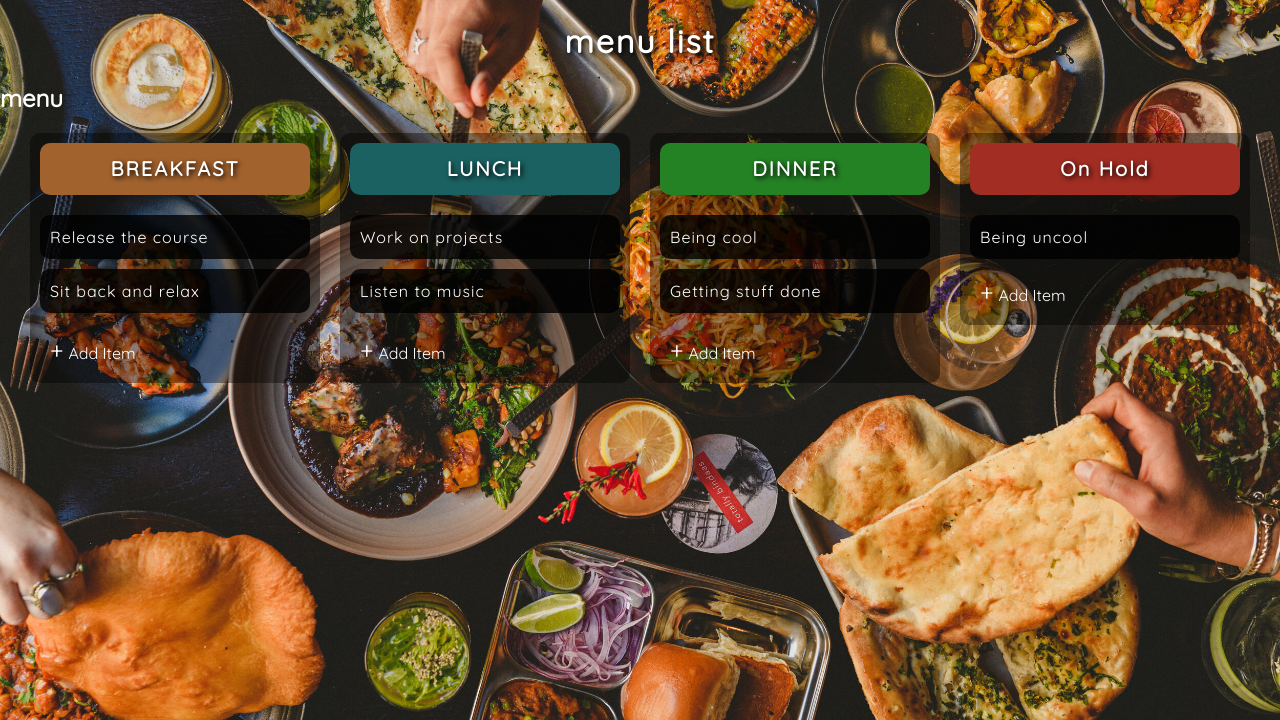
Repository: Anasooya2601/drag-and-drop
Page: index.html
An editor plug-in stored every save of this project. The page is shown before and after the next save, followed by the edit.
The browser window is 1280 px wide. The pictures show the whole page.

Above is the page before, as saved 2021-02-15 18:49:19.

### index.html
<!DOCTYPE html>
<html lang="en">
<head>
    <meta charset="UTF-8">
    <meta name="viewport" content="width=device-width, initial-scale=1.0">
    <title>mrc</title>
    <link rel="icon" type="image/png" href="favicon.png">
    <link rel="stylesheet" href="style.css">
</head>
<body>
    <h1 class="main-title">menu list</h1>
    <h2>  <link rel="icon" type="image/png" href="mrc.jpg">menu</h2>
    <div class="drag-container">
        <ul class="drag-list">
            <!-- Backlog Column -->
            <li class="drag-column backlog-column">
                <span class="header">
                    <h1>BREAKFAST</h1>
                </span>
                <!-- Backlog Content -->
                <div id="backlog-content" class="custom-scroll">
                    <ul class="drag-item-list" id="backlog-list" ondrop="drop(event)" ondragover="allowDrop(event)" ondragenter="dragEnter(0)"></ul>
                </div>
                <!-- Add Button Group -->
                <div class="add-btn-group">
                    <div class="add-btn" onclick="showInputBox(0)">
                        <span class="plus-sign">+</span>
                        <span>Add Item</span>
                    </div>
                    <div class="add-btn solid" onclick="hideInputBox(0)">
                        <span>Save Item</span>
                    </div>
                </div>
                <div class="add-container">
                    <div class="add-item" contenteditable="true"></div>
                </div>
            </li>
            <!-- Progress Column -->
            <li class="drag-column progress-column">
                <span class="header">
                    <h1>LUNCH</h1>
                </span>
                <!-- Progress Content -->
                <div id="progress-content" class="custom-scroll">
                    <ul class="drag-item-list" id="progress-list" ondrop="drop(event)" ondragover="allowDrop(event)" ondragenter="dragEnter(1)"></ul>
                </div>
                <!-- Add Button Group -->
                <div class="add-btn-group">
                    <div class="add-btn" onclick="showInputBox(1)">
                        <span class="plus-sign">+</span>
                        <span>Add Item</span>
                    </div>
                    <div class="add-btn solid" onclick="hideInputBox(1)">
                        <span>Save Item</span>
                    </div>
                </div>
                <div class="add-container">
                    <div class="add-item" contenteditable="true"></div>
                </div>
            </li>
            <!-- Complete Column -->
            <li class="drag-column complete-column">
                <span class="header">
                    <h1>DINNER</h1>
                </span>
                <!-- Complete Content -->
                <div id="complete-content" class="custom-scroll">
                    <ul class="drag-item-list" id="complete-list" ondrop="drop(event)" ondragover="allowDrop(event)" ondragenter="dragEnter(2)"></ul>
                </div>
                <!-- Add Button Group -->
                <div class="add-btn-group">
                    <div class="add-btn" onclick="showInputBox(2)">
                        <span class="plus-sign">+</span>
                        <span>Add Item</span>
                    </div>
                    <div class="add-btn solid" onclick="hideInputBox(2)">
                        <span>Save Item</span>
                    </div>
                </div>
                <div class="add-container">
                    <div class="add-item" contenteditable="true"></div>
                </div>
            </li>
            <!-- On Hold Column -->
            <li class="drag-column on-hold-column">
                <span class="header">
                    <h1>On Hold</h1>
                </span>
                <!-- On Hold Content -->
                <div id="on-hold-content" class="custom-scroll">
                    <ul class="drag-item-list" id="on-hold-list" ondrop="drop(event)" ondragover="allowDrop(event)" ondragenter="dragEnter(3)"></ul>
                </div>
                <!-- Add Button Group -->
                <div class="add-btn-group">
                    <div class="add-btn" onclick="showInputBox(3)">
                        <span class="plus-sign">+</span>
                        <span>Add Item</span>
                    </div>
                    <div class="add-btn solid" onclick="hideInputBox(3)">
                        <span>Save Item</span>
                    </div>
                </div>
                <div class="add-container">
                    <div class="add-item" contenteditable="true"></div>
                </div>
            </li>
        </ul>
    </div>
    <!-- Script -->
    <script src="script.js"></script>
</body>
</html>

### style.css
/* Trees Image - Pexels: https://www.pexels.com/photo/photo-of-trees-in-forest-3801030/ */
@import url("https://fonts.googleapis.com/css?family=Quicksand&display=swap");

html {
  box-sizing: border-box;
}

:root {
  --column-1: #a2622d;
  --column-2: #1b6161;
  --column-3: #248224;
  --column-4: #a22d22;
}

body {
  margin: 0;
  background: url("./mrc.jpg");
  background-size: cover;
  background-position: 50% 60%;
  background-attachment: fixed;
  color: white;
  font-family: Quicksand, sans-serif;
  overflow-y: hidden;
}

h1 {
  letter-spacing: 2px;
  text-shadow: 2px 2px 5px black;
}

.main-title {
  text-align: center;
  font-size: 3rem;
}

ul {
  list-style-type: none;
  margin: 0;
  padding: 0;
}

.drag-container {
  margin: 20px;
}

.drag-list {
  display: flex;
  align-items: flex-start;
}

/* Columns */
.drag-column {
flex: 1;
  margin: 0 10px;
  position: relative;
  background-color: rgba(0, 0, 0, 0.4);
  border-radius: 10px;
  overflow-x: hidden;
}

.backlog-column .header,
.backlog-column .solid,
.backlog-column .solid:hover,
.backlog-column .over {
  background-color: var(--column-1);
}

.progress-column .header,
.progress-column .solid,
.progress-column .solid:hover,
.progress-column .over {
  background-color: var(--column-2);
}

.complete-column .header,
.complete-column .solid,
.complete-column .solid:hover,
.complete-column .over {
  background-color: var(--column-3);
}

.on-hold-column .header,
.on-hold-column .solid,
.on-hold-column .solid:hover,
.on-hold-column .over {
  background-color: var(--column-4);
}

/* Custom Scrollbar */
.custom-scroll {
  overflow-y: auto;
  max-height: 75vh;
}

.custom-scroll::-webkit-scrollbar-track {
  box-shadow: inset 0 0 6px rgba(0, 0, 0, 0.4);
  border-radius: 10px;
  background-color: rgba(255, 255, 255, 0.3);
  margin-right: 5px;
}

.custom-scroll::-webkit-scrollbar {
  width: 10px;
}

.custom-scroll::-webkit-scrollbar-thumb {
  border-radius: 10px;
  box-shadow: inset 0 0 6px rgba(0, 0, 0, 0.3);
  background-color: rgba(0, 0, 0, 0.8);
}

.header {
  display: flex;
  justify-content: center;
  border-radius: 10px;
  margin: 10px;
}

.header h1 {
  font-size: 1.25rem;
}

/* Drag and Drop */
.over {
  padding: 50px 10px;
}

.drag-item-list {
  min-height: 50px;
}

.drag-item {
  margin: 10px;
  padding: 10px;
  height: fit-content;
  background-color: rgba(0, 0, 0, 0.8);
  border-radius: 10px;
  line-height: 1.5rem;
  letter-spacing: 1px;
  cursor: pointer;
}

.drag-item:focus {
  outline: none;
  background-color: white;
  color: black;
}

/* Add Button Group */
.add-btn-group {
  display: flex;
  justify-content: space-between;
}

.add-btn {
  margin: 10px;
  padding: 5px 10px;
  display: flex;
  align-items: center;
  cursor: pointer;
  width: fit-content;
  border-radius: 5px;
  transition: all 0.3s ease-in;
  user-select: none;
}

.add-btn:hover {
  background-color: rgba(255, 255, 255, 0.9);
  color: black;
}

.add-btn:active {
  transform: scale(0.97);
}

.solid {
  display: none;
}

.solid:hover {
  transition: unset;
  filter: brightness(95%);
  color: white;
}

.plus-sign {
  font-size: 1.5rem;
  margin-right: 5px;
  position: relative;
  top: -3px;
}

.add-container {
  margin: 10px;
  padding: 5px 10px;
  border-radius: 10px;
  background-color: rgba(255, 255, 255, 0.9);
  min-height: 100px;
  display: none;
}

.add-item {
  width: 100%;
  min-height: 100px;
  height: auto;
  background-color: white;
  border-radius: 10px;
  margin: 5px auto;
  resize: none;
  color: black;
  padding: 10px;
}

.add-item:focus {
  outline: none;
}

/* Media Query: Laptop */
@media screen and (max-width: 1800px) {
  .main-title {
    font-size: 2rem;
  }
}

/* Media Query: Large Smartphone (Vertical) */
@media screen and (max-width: 600px) {
  body {
    overflow-y: auto;
  }

  .drag-container {
    margin: 0;
  }

  .drag-list {
    display: block;
  }

  .drag-column {
    margin: 10px;
  }
}

.footer {
  position: fixed;
  left: 0;
  bottom: 0;
  width: 100%;
  height: 10%;
  background-color: black;
  color: white;
  position: flex;
  text-align: center;
}

### script.js
const addBtns = document.querySelectorAll('.add-btn:not(.solid)');
const saveItemBtns = document.querySelectorAll('.solid');
const addItemContainers = document.querySelectorAll('.add-container');
const addItems = document.querySelectorAll('.add-item');
// Item Lists
const listColumns = document.querySelectorAll('.drag-item-list');
const backlogListEl = document.getElementById('backlog-list');
const progressListEl = document.getElementById('progress-list');
const completeListEl = document.getElementById('complete-list');
const onHoldListEl = document.getElementById('on-hold-list');

// Items
let updatedOnLoad = false;

// Initialize Arrays
let backlogListArray = [];
let progressListArray = [];
let completeListArray = [];
let onHoldListArray = [];
let listArrays = [];

// Drag Functionality
let draggedItem;
let dragging = false;
let currentColumn;

// Get Arrays from localStorage if available, set default values if not
function getSavedColumns() {
  if (localStorage.getItem('backlogItems')) {
    backlogListArray = JSON.parse(localStorage.backlogItems);
    progressListArray = JSON.parse(localStorage.progressItems);
    completeListArray = JSON.parse(localStorage.completeItems);
    onHoldListArray = JSON.parse(localStorage.onHoldItems);
  } else {
    backlogListArray = ['Release the course', 'Sit back and relax'];
    progressListArray = ['Work on projects', 'Listen to music'];
    completeListArray = ['Being cool', 'Getting stuff done'];
    onHoldListArray = ['Being uncool'];
  }
}

// Set localStorage Arrays
function updateSavedColumns() {
  listArrays = [backlogListArray, progressListArray, completeListArray, onHoldListArray];
  const arrayNames = ['backlog', 'progress', 'complete', 'onHold'];
  arrayNames.forEach((arrayName, index) => {
    localStorage.setItem(`${arrayName}Items`, JSON.stringify(listArrays[index]));
  });
}

// Filter Array to remove empty values
function filterArray(array) {
  const filteredArray = array.filter(item => item !== null);
  return filteredArray;
}

// Create DOM Elements for each list item
function createItemEl(columnEl, column, item, index) {
  // List Item
  const listEl = document.createElement('li');
  listEl.textContent = item;
  listEl.id = index;
  listEl.classList.add('drag-item');
  listEl.draggable = true;
  listEl.setAttribute('onfocusout', `updateItem(${index}, ${column})`);
  listEl.setAttribute('ondragstart', 'drag(event)');
  listEl.contentEditable = true;
  // Append
  columnEl.appendChild(listEl);
}

// Update Columns in DOM - Reset HTML, Filter Array, Update localStorage
function updateDOM() {
  // Check localStorage once
  if (!updatedOnLoad) {
    getSavedColumns();
  }
  // Backlog Column
  backlogListEl.textContent = '';
  backlogListArray.forEach((backlogItem, index) => {
    createItemEl(backlogListEl, 0, backlogItem, index);
  });
  backlogListArray = filterArray(backlogListArray);
  // Progress Column
  progressListEl.textContent = '';
  progressListArray.forEach((progressItem, index) => {
    createItemEl(progressListEl, 1, progressItem, index);
  });
  progressListArray = filterArray(progressListArray);
  // Complete Column
  completeListEl.textContent = '';
  completeListArray.forEach((completeItem, index) => {
    createItemEl(completeListEl, 2, completeItem, index);
  });
  completeListArray = filterArray(completeListArray);
  // On Hold Column
  onHoldListEl.textContent = '';
  onHoldListArray.forEach((onHoldItem, index) => {
    createItemEl(onHoldListEl, 3, onHoldItem, index);
  });
  onHoldListArray = filterArray(onHoldListArray);
  // Don't run more than once, Update Local Storage
  updatedOnLoad = true;
  updateSavedColumns();
}

// Update Item - Delete if necessary, or update Array value
function updateItem(id, column) {
  const selectedArray = listArrays[column];
  const selectedColumn = listColumns[column].children;
  if (!dragging) {
    if (!selectedColumn[id].textContent) {
      delete selectedArray[id];
    } else {
      selectedArray[id] = selectedColumn[id].textContent;
    }
    updateDOM();
  }
}

// Add to Column List, Reset Textbox
function addToColumn(column) {
  const itemText = addItems[column].textContent;
  const selectedArray = listArrays[column];
  selectedArray.push(itemText);
  addItems[column].textContent = '';
  updateDOM(column);
}

// Show Add Item Input Box
function showInputBox(column) {
  addBtns[column].style.visibility = 'hidden';
  saveItemBtns[column].style.display = 'flex';
  addItemContainers[column].style.display = 'flex';
}

// Hide Item Input Box
function hideInputBox(column) {
  addBtns[column].style.visibility = 'visible';
  saveItemBtns[column].style.display = 'none';
  addItemContainers[column].style.display = 'none';
  addToColumn(column);
}

// Allows arrays to reflect Drag and Drop items
function rebuildArrays() {
  backlogListArray = [];
  for (let i = 0; i < backlogListEl.children.length; i++) {
    backlogListArray.push(backlogListEl.children[i].textContent);
  }
  progressListArray = [];
  for (let i = 0; i < progressListEl.children.length; i++) {
    progressListArray.push(progressListEl.children[i].textContent);
  }
  completeListArray = [];
  for (let i = 0; i < completeListEl.children.length; i++) {
    completeListArray.push(completeListEl.children[i].textContent);
  }
  onHoldListArray = [];
  for (let i = 0; i < onHoldListEl.children.length; i++) {
    onHoldListArray.push(onHoldListEl.children[i].textContent);
  }
  updateDOM();
}

// When Item Enters Column Area
function dragEnter(column) {
  listColumns[column].classList.add('over');
  currentColumn = column;
}

// When Item Starts Dragging
function drag(e) {
  draggedItem = e.target;
  dragging = true;
}

// Column Allows for Item to Drop
function allowDrop(e) {
  e.preventDefault();
}

// Dropping Item in Column
function drop(e) {
  e.preventDefault();
  const parent = listColumns[currentColumn];
  // Remove Background Color/Padding
  listColumns.forEach((column) => {
    column.classList.remove('over');
  });
  // Add item to Column
  parent.appendChild(draggedItem);
  // Dragging complete
  dragging = false;
  rebuildArrays();
}

// On Load
updateDOM();

After the next save:
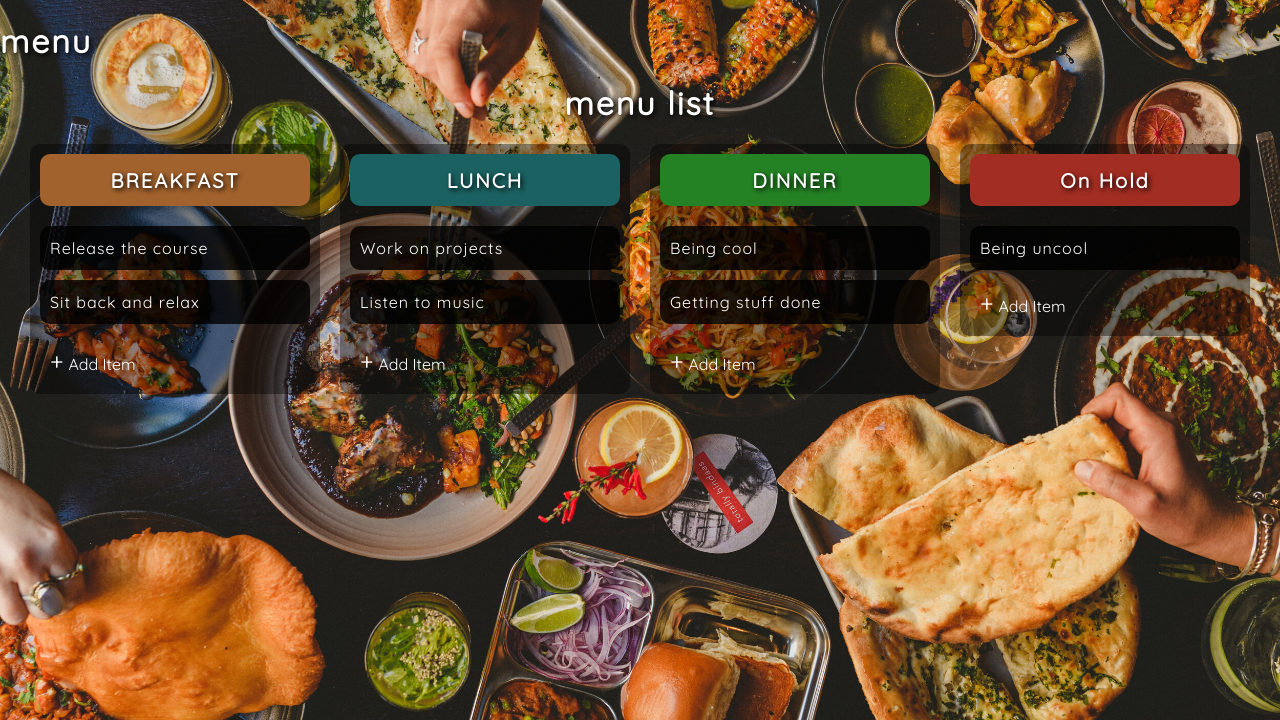
Saved 31 s later.
--- a/index.html
+++ b/index.html
@@ -8,8 +8,9 @@
     <link rel="stylesheet" href="style.css">
 </head>
 <body>
+    <h1>  <link rel="icon" type="image/png" href="mrc.jpg">menu</h1>
     <h1 class="main-title">menu list</h1>
-    <h2>  <link rel="icon" type="image/png" href="mrc.jpg">menu</h2>
+
     <div class="drag-container">
         <ul class="drag-list">
             <!-- Backlog Column -->
